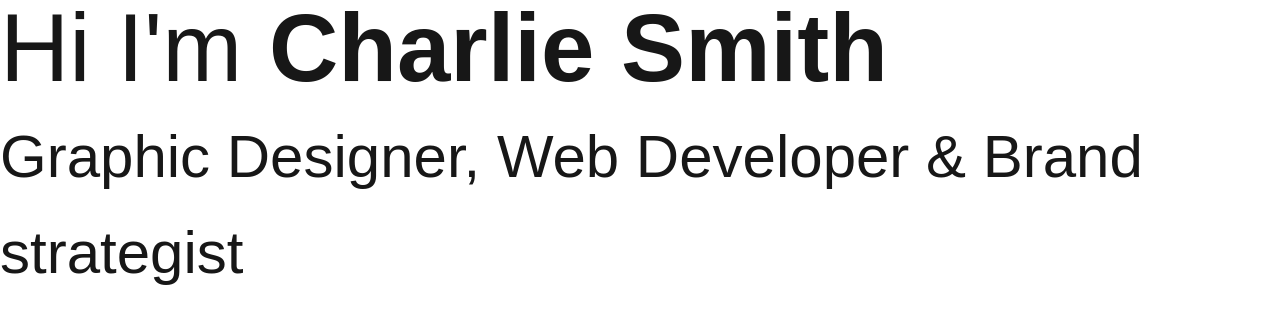
Repository: charlehs/portfolio
Page: /
The author's editor kept a copy of each file at every save. The page is drawn from the files as they stood at one save, then again after the next save.
The browser window is 1280 px wide. The pictures show the whole page.
Some web fonts or font styles are not loaded; a fallback is used. The project was rebuilt for these pictures with package versions that can differ from the ones it lists, and the page was loaded fresh each time. The framework's server and built-in components were replaced by stand-ins that run in the browser. Also part of the build but not shown: next.config.ts.

Above is the page before, as saved 2025-01-02 16:43:20.

### app/layout.tsx
import type { Metadata } from "next";
import localFont from "next/font/local";
import Nav from "./components/Nav";
import "./globals.css";

const geistSans = localFont({
  src: "./fonts/GeistVF.woff",
  variable: "--font-geist-sans",
  weight: "100 900",
});
const geistMono = localFont({
  src: "./fonts/GeistMonoVF.woff",
  variable: "--font-geist-mono",
  weight: "100 900",
});

export const metadata: Metadata = {
  title: "Create Next App",
  description: "Generated by create next app",
};

export default function RootLayout({
  children,
}: Readonly<{
  children: React.ReactNode;
}>) {
  return (
    <html lang="en">
      <body
        className={`${geistSans.variable} ${geistMono.variable} antialiased`}
      >
        {/* <Nav /> */}
        {children}
      </body>
    </html>
  );
}

### app/page.tsx
import Image from "next/image";

export default function Home() {
  return (
    <div className="">
      <main className="">
        <p className=" text-8xl">
          Hi I'm <span className="extra-bold ">Charlie Smith</span>
          <br />{" "}
          <span className="text-6xl">
            Graphic Designer, Web Developer & Brand strategist
          </span>
        </p>
      </main>
      {/* <footer className="row-start-3 flex gap-6 flex-wrap items-center justify-center"></footer> */}
    </div>
  );
}

### app/globals.css
@tailwind base;
@tailwind components;
@tailwind utilities;

:root {
  --background: #ffffff;
  --foreground: #171717;
}

@media (prefers-color-scheme: dark) {
  :root {
    --background: #0a0a0a;
    --foreground: #ededed;
  }
}

body {
  color: var(--foreground);
  background: var(--background);
  font-family: Arial, Helvetica, sans-serif;
}

@font-face {
  font-family: "Harmond";
  src: url("/fonts/Harmond-SemiBoldCondensed.otf") format("opentype");
  font-weight: 600; /* Regular */
  font-style: normal;
}

@font-face {
  font-family: "Harmond";
  src: url("/fonts/Harmond-SemBdItaCond.otf") format("opentype");
  font-weight: 600; /* Bold */
  font-style: italic;
}
@font-face {
  font-family: "Harmond";
  src: url("/fonts/Harmond-ExtraBoldExpanded.otf") format("opentype");
  font-weight: 800; /* Bold */
  font-style: normal;
}

.harmond-text {
  font-family: "Harmond", sans-serif;
}

.extra-bold {
  font-family: "Harmond", sans-serif;
  font-weight: 800;
  font-style: normal;
}

Loaded but not shown: tailwind.config.ts (common file)

After the next save:
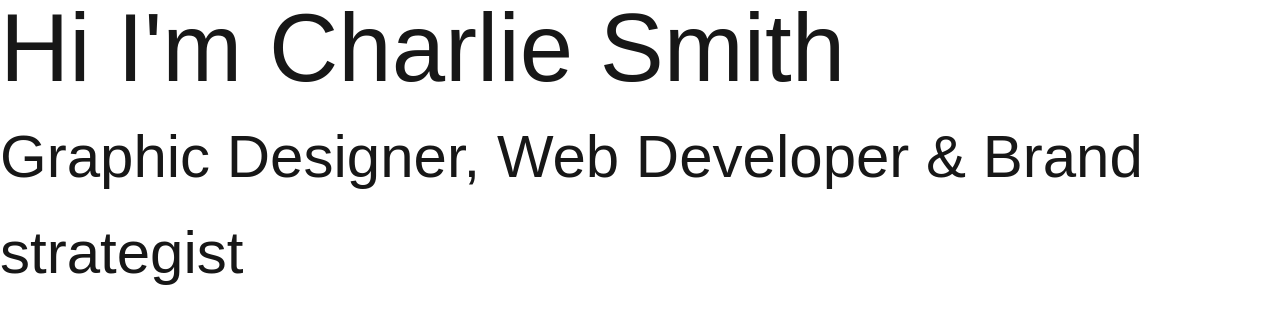
Saved 20 s later.
--- a/app/page.tsx
+++ b/app/page.tsx
@@ -5,7 +5,7 @@ export default function Home() {
     <div className="">
       <main className="">
         <p className=" text-8xl">
-          Hi I'm <span className="extra-bold ">Charlie Smith</span>
+          Hi I'm Charlie Smith
           <br />{" "}
           <span className="text-6xl">
             Graphic Designer, Web Developer & Brand strategist
